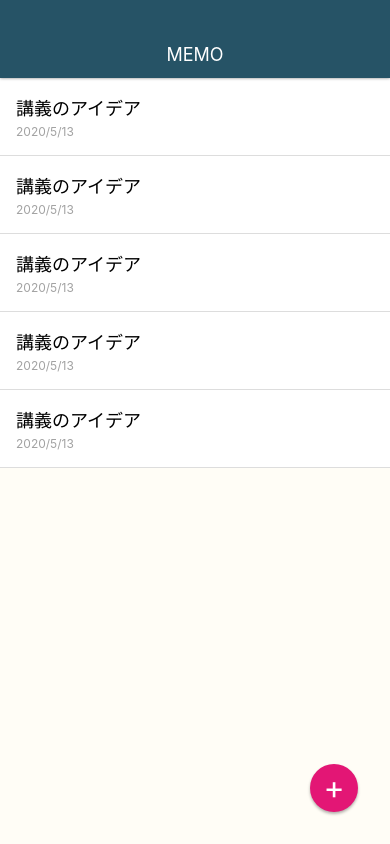
Repository: NagataRyuji0630/memo_app_for_reactNative
Page: /
The author's editor kept a copy of each file at every save. The page is drawn from the files as they stood at one save, then again after a run of saves.
The browser window is 390 px wide. The pictures show the whole page.
The app was drawn by React Native's web renderer in a window 390 px wide. The project was rebuilt for these pictures with package versions that can differ from the ones it lists, and the page was loaded fresh each time.

Above is the page before, as saved 2020-05-14 08:21:37.

### App.js
import React from 'react';
import { StyleSheet, Text, View } from 'react-native';

export default class App extends React.Component {
  render() {
    return (
      <View style={styles.container}>
        <View style={styles.appbar}>
          <View>
            <Text style={styles.appbarTitle}>MEMO</Text>
          </View>
        </View>

        <View style={styles.memoList}>
          <View style={styles.memoListItem}>
            <Text style={styles.memoTitle}>講義のアイデア</Text>
            <Text style={styles.memoDate}>2020/5/13</Text>
          </View>
          <View style={styles.memoListItem}>
            <Text style={styles.memoTitle}>講義のアイデア</Text>
            <Text style={styles.memoDate}>2020/5/13</Text>
          </View>
          <View style={styles.memoListItem}>
            <Text style={styles.memoTitle}>講義のアイデア</Text>
            <Text style={styles.memoDate}>2020/5/13</Text>
          </View>
          <View style={styles.memoListItem}>
            <Text style={styles.memoTitle}>講義のアイデア</Text>
            <Text style={styles.memoDate}>2020/5/13</Text>
          </View>
          <View style={styles.memoListItem}>
            <Text style={styles.memoTitle}>講義のアイデア</Text>
            <Text style={styles.memoDate}>2020/5/13</Text>
          </View>
        </View>

        <View style={styles.memoAddBtn}>
          <Text style={styles.memoAddBtnTitle}>+</Text>
        </View>
      </View>
    );
  }
}

const styles = StyleSheet.create({
  container: {
    flex: 1,
    backgroundColor: '#FFFDF6',
    alignItems: 'center',
    justifyContent: 'center',
    paddingTop: 78,
  },
  memoList: {
    width: '100%',
    flex: 1,
  },
  memoListItem: {
    padding: 16,
    borderBottomWidth: 1,
    borderBottomColor: '#ddd',
    backgroundColor: 'white',
  },
  memoTitle: {
    fontSize: 18,
    marginBottom: 4,
  },
  memoDate: {
    fontSize: 12,
    color: '#a2a2a2'
  },
  appbar: {
    position: 'absolute',
    top: 0,
    left: 0,
    right: 0,
    height: 78,
    paddingTop: 30,
    backgroundColor: '#265366',
    justifyContent: 'center',
    alignItems: 'center',
    shadowColor: '#000',
    shadowOffset: { width: 0, height: 0 },
    shadowOpacity: 0.5,
    shadowRadius: 3,
    zIndex: 10,
  },
  appbarTitle: {
    color: '#fff',
    fontSize: 18,
  },
  memoAddBtn: {
    position: 'absolute',
    bottom: 32,
    right: 32,
    width: 48,
    height: 48,
    backgroundColor: '#E31675',
    borderRadius: 24,
    justifyContent: 'center',
    alignItems: 'center',
    shadowColor: '#000',
    shadowOffset: { width: 0, height: 2 },
    shadowOpacity: 0.3,
    shadowRadius: 3,
  },
  memoAddBtnTitle: {
    fontSize: 32,
    lineHeight: 32,
    color: 'white',
  }
});

After the next 3 saves:
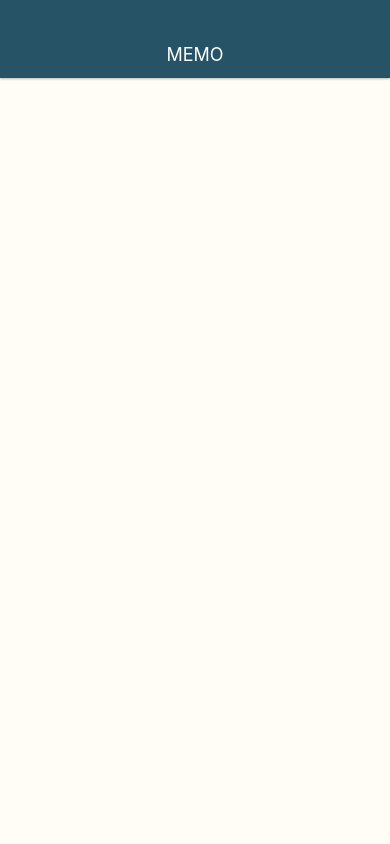
The 3 saves are shown as one change because 2 did not build or start.
The last was saved 2 min 43 s later.
--- a/App.js
+++ b/App.js
@@ -9,33 +9,6 @@ export default class App extends React.Component {
           <View>
             <Text style={styles.appbarTitle}>MEMO</Text>
           </View>
-        </View>
-
-        <View style={styles.memoList}>
-          <View style={styles.memoListItem}>
-            <Text style={styles.memoTitle}>講義のアイデア</Text>
-            <Text style={styles.memoDate}>2020/5/13</Text>
-          </View>
-          <View style={styles.memoListItem}>
-            <Text style={styles.memoTitle}>講義のアイデア</Text>
-            <Text style={styles.memoDate}>2020/5/13</Text>
-          </View>
-          <View style={styles.memoListItem}>
-            <Text style={styles.memoTitle}>講義のアイデア</Text>
-            <Text style={styles.memoDate}>2020/5/13</Text>
-          </View>
-          <View style={styles.memoListItem}>
-            <Text style={styles.memoTitle}>講義のアイデア</Text>
-            <Text style={styles.memoDate}>2020/5/13</Text>
-          </View>
-          <View style={styles.memoListItem}>
-            <Text style={styles.memoTitle}>講義のアイデア</Text>
-            <Text style={styles.memoDate}>2020/5/13</Text>
-          </View>
-        </View>
-
-        <View style={styles.memoAddBtn}>
-          <Text style={styles.memoAddBtnTitle}>+</Text>
         </View>
       </View>
     );
